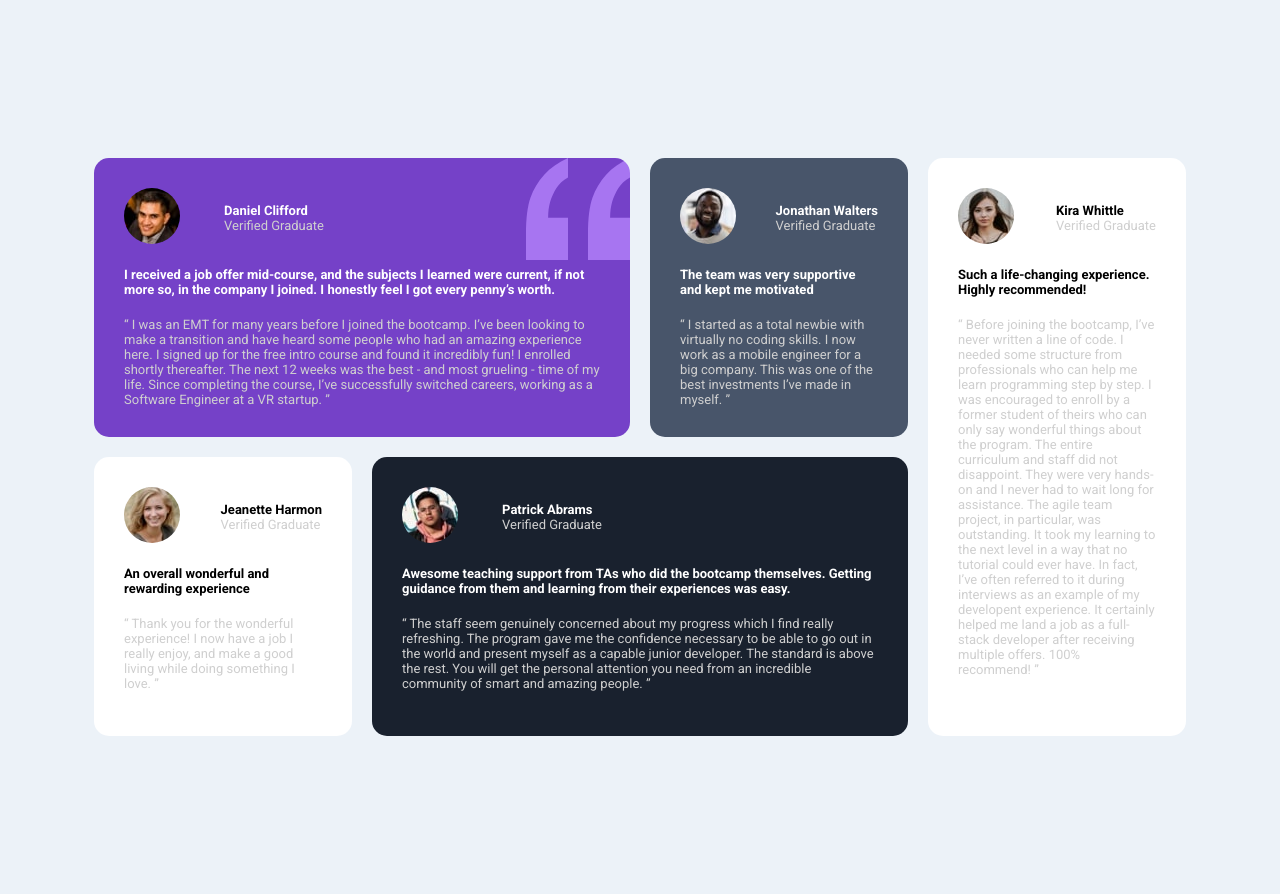
Repository: Toqa-25/testimonials
Page: index.html
The author's editor kept a copy of each file at every save. The page is drawn from the files as they stood at one save, then again after the next save.
The browser window is 1280 px wide. The pictures show the whole page.

Above is the page before, as saved 2021-11-04 00:34:41.

### index.html
<!DOCTYPE html>
<html lang="en">
<head>
    <meta charset="UTF-8">
    <meta http-equiv="X-UA-Compatible" content="IE=edge">
    <meta name="viewport" content="width=device-width, initial-scale=1.0">
    <!-- css files -->
    <link rel="stylesheet" href="css/style.css">
    <link rel="stylesheet" href="css//vendors/all.min.css">
    <!-- fonts style -->
    <link rel="preconnect" href="https://fonts.googleapis.com">
<link rel="preconnect" href="https://fonts.gstatic.com" crossorigin>
<link href="https://fonts.googleapis.com/css2?family=Barlow+Semi+Condensed:wght@100;200;300;400;500;600;700;800;900&family=Montserrat:wght@100;200;300;400;500;600;700;800;900&family=PT+Sans:ital,wght@0,400;0,700;1,700&family=Roboto:wght@100;300;400;500;700;900&display=swap" rel="stylesheet">
    <title>tistimonials design</title>
</head>
<body>
    <div class="container">
        <div class="testi-content">
            <article class="grid-item Daniel">
                <header class="grid-item-name">
                    <div class="item-img">
                        <img src="images/image-daniel.jpg" alt="">
                    </div>
                    <div class="item-name">
                        <p class="name">Daniel Clifford</p>
                        <p class="name-info">Verified Graduate</p>
                    </div>
                </header>
                <div class="art-body">
                    <h4 class="bold-text"> I received a job offer mid-course, and the subjects I learned were current, if not more so, in the company I joined. I honestly feel I got every penny’s worth.</h4>
                    <p class="lite-text">“ I was an EMT for many years before I joined the bootcamp. I’ve been looking to make a
                        transition and have heard some people who had an amazing experience here. I signed up
                        for the free intro course and found it incredibly fun! I enrolled shortly thereafter.
                        The next 12 weeks was the best - and most grueling - time of my life. Since completing
                        the course, I’ve successfully switched careers, working as a Software Engineer at a VR startup. ” </p>
                </div>
            </article>
            <article class="grid-item Jonathan">
                <header class="grid-item-name">
                    <div class="item-img">
                        <img src="images/image-jonathan.jpg" alt="">
                    </div>
                    <div class="item-name">
                        <p class="name">Jonathan Walters</p>
                        <p class="name-info">Verified Graduate</p>
                    </div>
                </header>
                <div class="art-body">
                    <h4 class="bold-text">The team was very supportive and kept me motivated</h4>
                    <p class="lite-text">“ I started as a total newbie with virtually no coding skills. I now work as a mobile engineer
                     for a big company. This was one of the best investments I’ve made in myself. ”
                    </p>
                </div>
            </article>
            <article class="grid-item  Jeanette ">
                <header class="grid-item-name">
                    <div class="item-img">
                        <img src="images/image-jeanette.jpg" alt="">
                    </div>
                    <div class="item-name">
                        <p class="name">  Jeanette Harmon</p>
                        <p class="name-info">Verified Graduate</p>
                    </div>
                </header>
                <div class="art-body">
                    <h4 class="bold-text"> An overall wonderful and rewarding experience</h4>
                    <p class="lite-text">“ Thank you for the wonderful experience! I now have a job I really enjoy, and make a good living
                     while doing something I love. ”</p>
                </div>
            </article>
            <article class="grid-item Patrick">
                <header class="grid-item-name">
                    <div class="item-img">
                        <img src="images/image-patrick.jpg" alt="">
                    </div>
                    <div class="item-name">
                        <p class="name">Patrick Abrams</p>
                        <p class="name-info"> Verified Graduate</p>
                    </div>
                </header>
                <div class="art-body">
                    <h4 class="bold-text"> Awesome teaching support from TAs who did the bootcamp themselves. Getting guidance from them and learning from their experiences was easy.</h4>
                    <p class="lite-text">“ The staff seem genuinely concerned about my progress which I find really refreshing. The program
                        gave me the confidence necessary to be able to go out in the world and present myself as a capable
                        junior developer. The standard is above the rest. You will get the personal attention you need from
                        an incredible community of smart and amazing people. ”
                    </p>
                </div>
            </article>
            <article class="grid-item Kira ">
                <header class="grid-item-name">
                    <div class="item-img">
                        <img src="images/image-kira.jpg" alt="" srcset="">
                    </div>
                    <div class="item-name">
                        <p class="name">Kira Whittle</p>
                        <p class="name-info ">Verified Graduate</p>
                    </div>
                </header>
                <div class="art-body">
                    <h4 class="bold-text"> Such a life-changing experience. Highly recommended!</h4>
                    <p class="lite-text"> “ Before joining the bootcamp, I’ve never written a line of code. I needed some structure from
                    professionals who can help me learn programming step by step. I was encouraged to enroll by a former
                    student of theirs who can only say wonderful things about the program. The entire curriculum and staff
                    did not disappoint. They were very hands-on and I never had to wait long for assistance. The agile team
                    project, in particular, was outstanding. It took my learning to the next level in a way that no tutorial
                    could ever have. In fact, I’ve often referred to it during interviews as an example of my developent
                    experience. It certainly helped me land a job as a full-stack developer after receiving multiple offers.
  100% recommend! ”</p>
                </div>
            </article>

        </div>
    </div>
</body>
</html>

### css/style.css
/*
     public style
  **********************
*/
body{
    Font-size: 13px;
    font-family: 'Barlow Semi Condensed', sans-serif;
    font-family: 'Montserrat', sans-serif;
    font-family: 'PT Sans', sans-serif;
    font-family: 'Roboto', sans-serif;
    background-color: hsl(210, 46%, 95%);
}
*{
    padding:0;
    margin:0;
    box-sizing: border-box;
}
/*
content  style
**********************
*/
.container{
    width: 90%;
    margin: auto;
    padding: 10% 0;
}
.testi-content{
    display: grid;
    grid-template-columns: repeat(8 , 1fr);
    grid-template-rows: repeat(2 , 1fr);
    grid-gap: 20px;
     padding: 30px;
}
.lite-text,
.name-info{
    color:hsl(0, 0%, 81%);
}
.grid-item{
    padding: 30px;
    border-radius: 15px;
    -webkit-border-radius: 15px;
    -moz-border-radius: 15px;
    -ms-border-radius: 15px;
    -o-border-radius: 15px;
}
.grid-item-name{
    display: flex;
    justify-content: space-between;
    align-items: center;
    max-width: 200px;

}
.name{
    font-weight: bold;
}
.bold-text{
    margin: 20px 0;
}
.item-img img{
 border-radius: 50%;
 -webkit-border-radius: 50%;
 -moz-border-radius: 50%;
 -ms-border-radius: 50%;
 -o-border-radius: 50%;
}
.Daniel{
    background-color: hsl(263, 55%, 52%);
    background-image: url(../images/bg-pattern-quotation.svg);
    background-position: right top;
    background-repeat: no-repeat;
    color: hsl(0, 0%, 100%);
    grid-column: 1 /5;
    grid-row: 1/2;
}


.Jonathan{
    background-color: hsl(0, 0%, 81%);
    background-color: hsl(217, 19%, 35%);
     grid-column: 5/7;
    grid-row: 1/2;
    color: hsl(0, 0%, 100%);
}

.Kira{
    background-color: hsl(0, 0%, 100%);
    grid-column: 7 /9;
    grid-row: 1/3;
}
.Patrick{
    background-color: hsl(219, 29%, 14%);
    color: hsl(0, 0%, 100%);
    grid-column: 3 /7;
    grid-row: 2/3;
}
.Jeanette {
background-color: hsl(0, 0%, 100%);
    grid-column: 1 /3;
    grid-row: 2/3;
}
/*  media quary style */
@media (max-width:575px){
    .testi-content{
    display: grid;
    grid-template-columns: 1fr;
    grid-template-rows: repeat(8 , auto);
    grid-gap: 10px;
     padding: 40px;
}
.grid-item{
grid-column: 1/2;
}
.Daniel{
    grid-row: 1/3;
}
.Jonathan{
    grid-row: 3/4;
}
.Kira{
    grid-row: 4/5;
}
    .Patrick{
        grid-row: 5/7;
    }

.Jeanette{
    grid-row: 7/9;

}
}







/*           media quary style
    ***************************************
        //extra small devices @media (maxwidth:575px)
        //small devices @media (maxwidth:767px)
        //medium devices @media (maxwidth:991px)
        //large devices @media (maxwidth:1199px)
*/

Loaded but not shown: css/vendors/all.min.css (library)

After the next save:
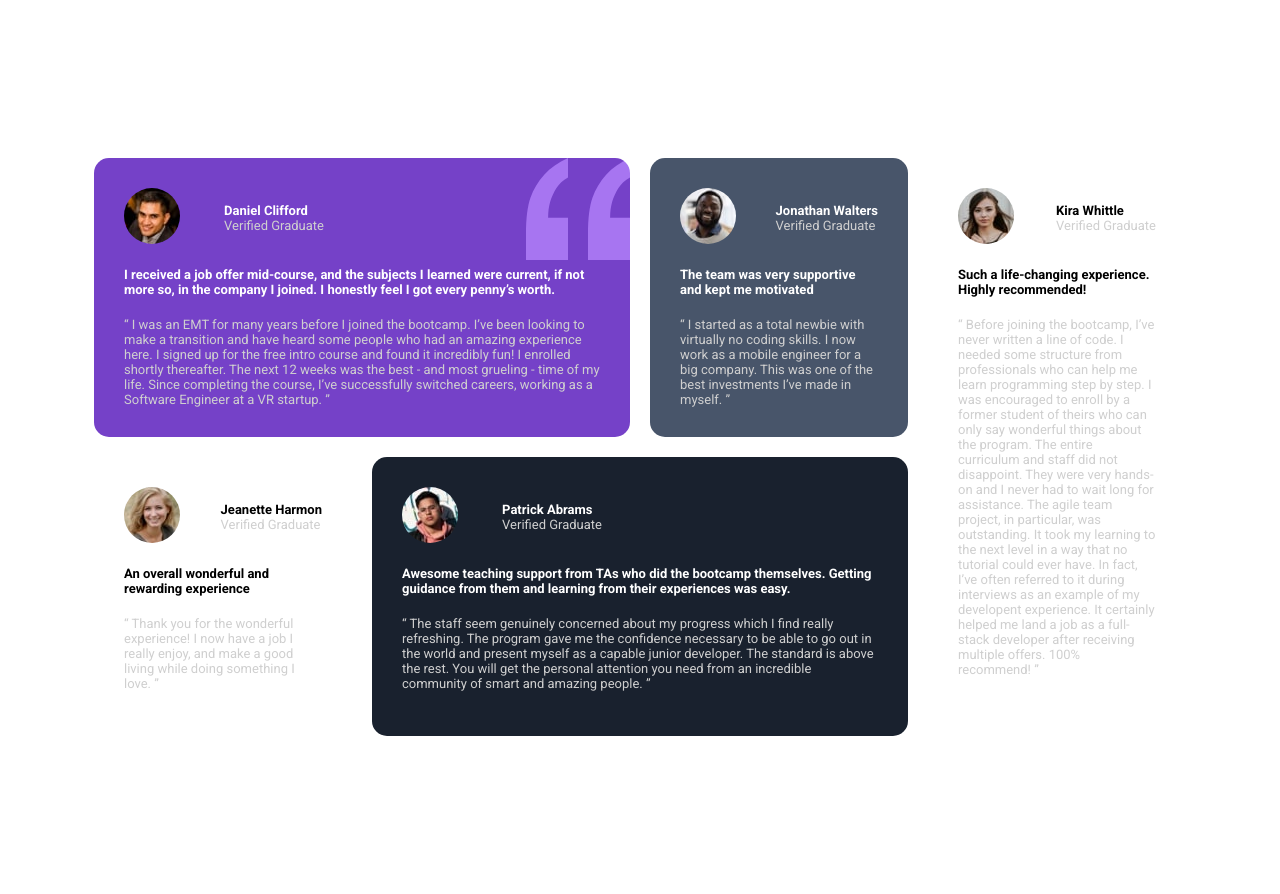
Saved 12 h 45 min later.
--- a/css/style.css
+++ b/css/style.css
@@ -8,6 +8,7 @@
     font-family: 'Montserrat', sans-serif;
     font-family: 'PT Sans', sans-serif;
     font-family: 'Roboto', sans-serif;
+    font-family: 'Barlow Semi Condensed;
     background-color: hsl(210, 46%, 95%);
 }
 *{
